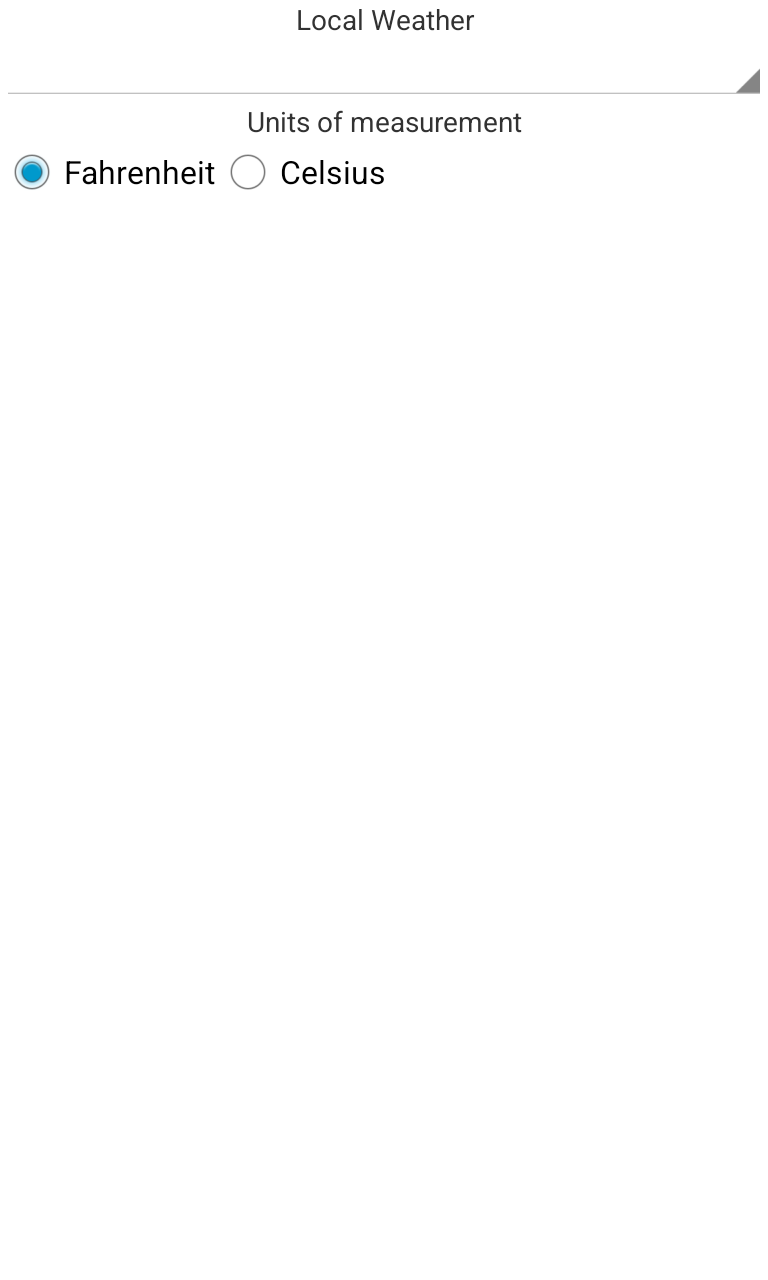
Repository: efreestone/Java1
Layout: Java1Project4/res/layout/activity_main.xml
An editor plug-in stored every save of this project. The layout is shown before and after the next save, followed by the edit.
It is drawn on a 768 x 1280 px phone screen (xhdpi) without system bars, with theme AppTheme; the app's code is not run.

Above is the layout before, as saved 2014-03-25 20:31:25.

### Java1Project4/res/layout/activity_main.xml
<?xml version="1.0" encoding="utf-8"?>
<LinearLayout xmlns:android="http://schemas.android.com/apk/res/android"
    android:layout_width="match_parent"
    android:layout_height="match_parent"
    android:orientation="vertical" >

    <!-- Top Linear Layout with controls -->
    <!-- <LinearLayout
        android:layout_width="match_parent"
        android:layout_height="wrap_content"
        android:orientation="horizontal"> -->
        <!-- Title -->
        <TextView
            android:id="@+id/titleView"
            android:layout_width="match_parent"
            android:layout_height="wrap_content"
            android:gravity="center"
            android:text="@string/titleString"/>

        <!-- City Spinner -->
        <Spinner
            android:id="@+id/citySpinner"
            android:layout_width="match_parent"
            android:layout_height="wrap_content"/>

        <!-- Measurement Title -->
        <TextView
            android:id="@+id/measureTitleView"
            android:layout_width="match_parent"
            android:layout_height="wrap_content"
            android:gravity="center"
            android:text="@string/measureTitleString"/>

        <!-- Measurement Radio Buttons -->

        <RadioGroup
            android:id="@+id/tempUnitRadioGroup"
            android:layout_width="wrap_content"
            android:layout_height="wrap_content"
            android:gravity="center"
            android:orientation="horizontal" >

            <RadioButton
                android:id="@+id/fahrenheitRadio"
                android:layout_width="match_parent"
                android:layout_height="wrap_content"
                android:text="@string/fahrenheitString"
                android:checked="true"/>

            <RadioButton
                android:id="@+id/celsiusRadio"
                android:layout_width="match_parent"
                android:layout_height="wrap_content"
                android:text="@string/celsiusString"/>
        </RadioGroup>

    <!-- </LinearLayout> -->

</LinearLayout>

### Java1Project4/res/values/strings.xml
<?xml version="1.0" encoding="utf-8"?>
<resources>

    <string name="app_name">Java1Project4</string>
    <string name="action_settings">Settings</string>
    <string name="hello_world">Hello world!</string>

    <!-- Title and button strings -->
    <string name="titleString">Local Weather</string>
    <string name="measureTitleString">Units of measurement</string>
    <string name="weatherButtonString">Get Weather</string>
    <string name="displayTempString">Please select a city and measurement unit</string>

    <!-- Connection Alert strings -->
    <string name="noConnectionTitle">Connection Error</string>
    <string name="noConnectionAlert">This application requires internet access. Please check your network connection and try again.</string>

    <!-- Main URL strings -->
    <string name="mainURLString">http://api.wunderground.com/api/8204b5c9bf753afb/</string>
    <string name="conditionsURLString">conditions/q/</string>
    <string name="forecastURLString">forecast/q/</string>
    <!-- City URL strings -->
    <string name="lovelandString">CO/Loveland.json</string>
    <string name="losAngelesString">CA/Los_Angeles.json</string>
    <string name="newYorkString">NY/New_York.json</string>
    <string name="chicagoString">IL/Chicago.json</string>
    <string name="orlandoString">FL/Orlando.json</string>

    <!-- Radio Button Text -->
    <string name="fahrenheitString">Fahrenheit</string>
    <string name="celsiusString">Celsius</string>

    <!-- Cities array for first spinner -->
    <string-array name="cities_array">
        <item >Loveland</item>
        <item >Los Angeles</item>
        <item >New York</item>
        <item >Chicago</item>
        <item >Orlando</item>
    </string-array>

    <!-- Array for second spinner -->
    <string-array name="current_forecast">
        <item >Current Weather</item>
        <item >3-day Forecast</item>
    </string-array>

</resources>

Loaded but not shown: Java1Project4/res/values/styles.xml (common file); Java1Project4/res/values-v11/styles.xml (common file); Java1Project4/res/values-v14/styles.xml (common file)

After the next save:
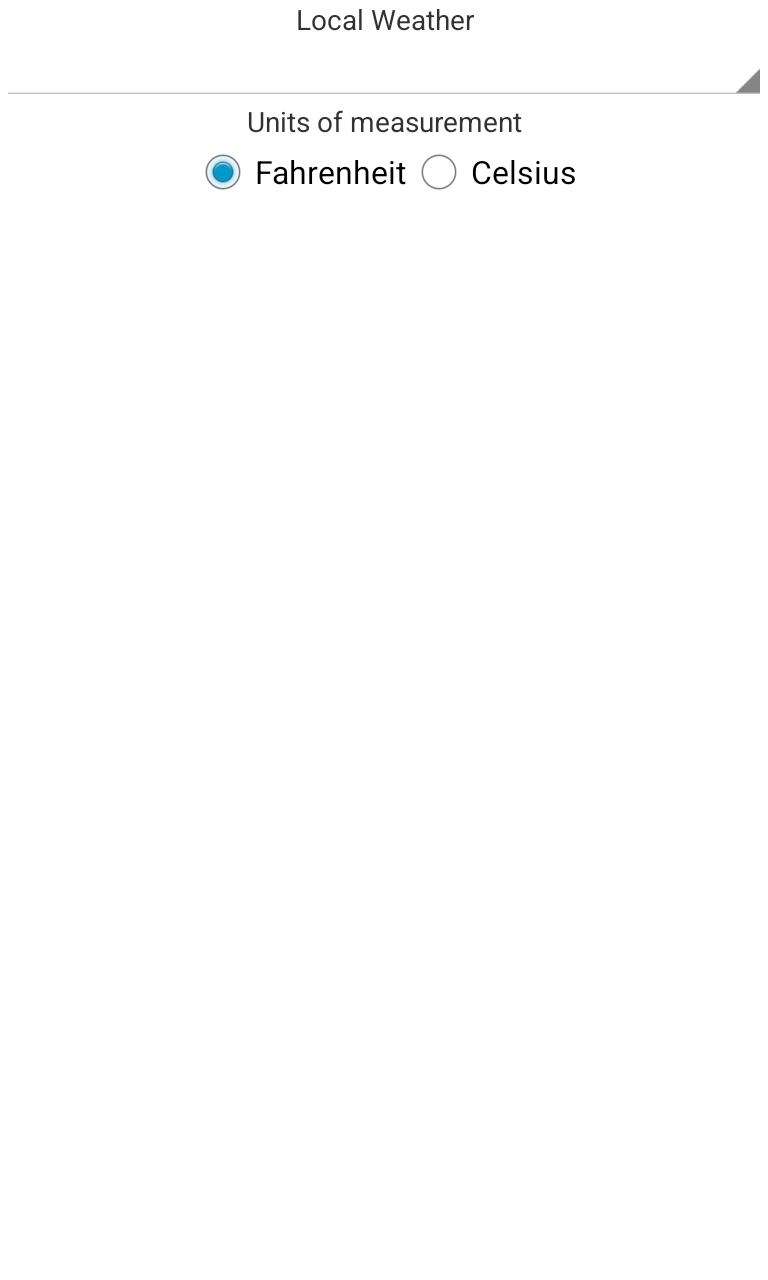
Saved 62 s later.
--- a/Java1Project4/res/layout/activity_main.xml
+++ b/Java1Project4/res/layout/activity_main.xml
@@ -37,7 +37,7 @@
             android:id="@+id/tempUnitRadioGroup"
             android:layout_width="wrap_content"
             android:layout_height="wrap_content"
-            android:gravity="center"
+            android:layout_gravity="center"
             android:orientation="horizontal" >
 
             <RadioButton
